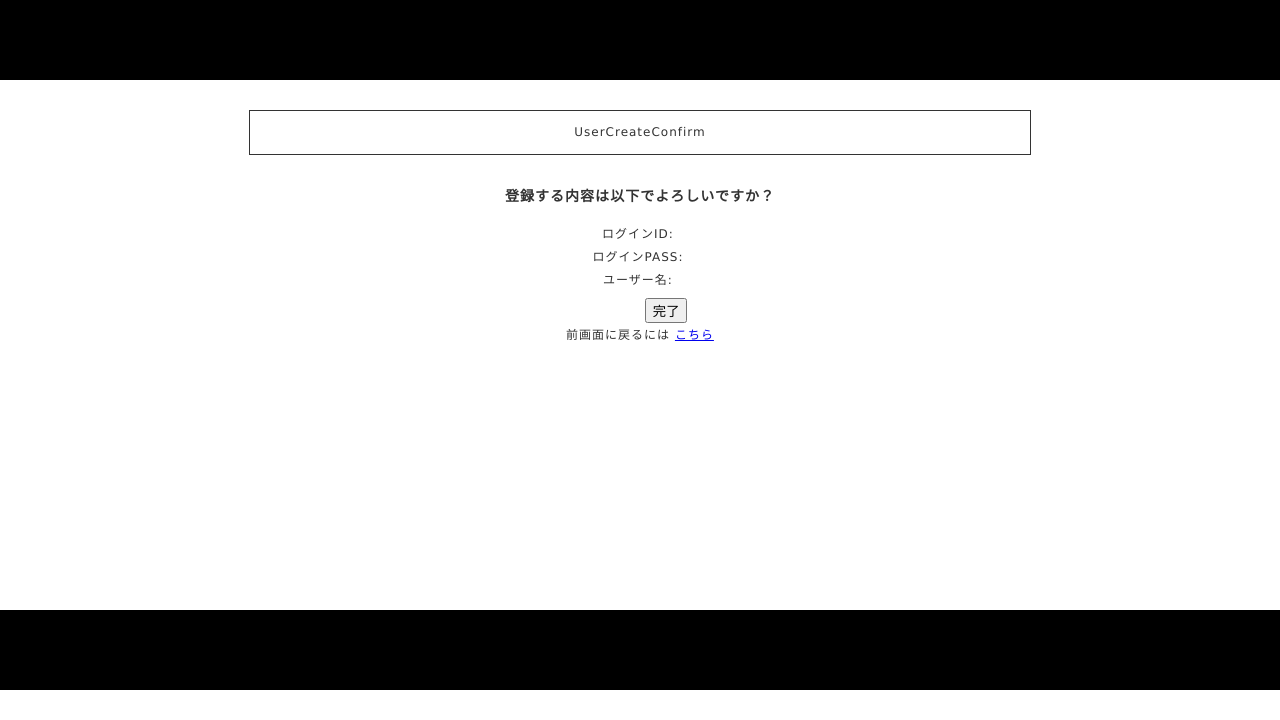
Repository: 1209mori05/test
Page: http://localhost/template/userCreateConfirm.jsp
These files come from the project's save history. The page is drawn as it stood at one moment and after the next save; the edit follows.
The browser window is 1280 px wide. The pictures show the whole page.
The page is served by Tomcat 9. Other server files are loaded and not shown.

Above is the page before, as saved 2018-03-27 07:09:34.

### template/WebContent/userCreateConfirm.jsp
<%@ page language="java" contentType="text/html; charset=UTF-8"

pageEncoding="UTF-8"%>

<%@ taglib prefix="s" uri="/struts-tags"%>
<!DOCTYPE html>
<html>
<head>

<meta http-equiv="Content-Type" content="text/html; charset=utf-8" />
<meta http-equiv="Content-Style-Type" content="text/css" />
<meta http-equiv="Content-Script-Type" content="text/javascript" />
<meta http-equiv="imagetoolbar" content="no" />
<meta name="description" content="" />
<meta name="keywords" content="" />
<title>ユーザー登録確認画面</title>
<style type="text/css">
	body {
		margin:0;
		padding:0;
		line-height:1.6;
		letter-spacing:1px;
		font-family:Verdana, Helvetica, sans-serif;
		font-size:12px;
		color:#333;
		background:#fff;
		}
	table {
		text-align:center;
		margin:0 auto;
		}
	#top {
		width:780px;
		margin:30px auto;
		border:1px solid #333;
		}
	#header {
		width: 100%;
		height: 80px;
		background-color: black;
		}
	#main {
		width: 100%;
		height: 500px;
		text-align: center;
		}
	#footer {
		width: 100%;
		height: 80px;
		background-color: black;
		clear:both;
		}
</style>
</head>
<body>
	<div id="header">
		<div id="pr"></div>
	</div>
	<div id="main">
		<div id="top">
			<p>UserCreateConfirm</p>
		</div>
		<div>
			<h3>登録する内容は以下でよろしいですか？</h3>
			<table>
				<s:form action="UserCreateCompleteAction">
					<tr id="box">
						<td><label>ログインID:</label></td>
						<td><s:property value="loginUserId" escape="false" /></td>
					</tr>
					<tr id="box">
						<td><label>ログインPASS:</label></td>
						<td><s:property value="loginPassword" escape="false" /></td>
					</tr id="box">
					<tr>
						<td><label>ユーザー名:</label></td>
						<td><s:property value="userName" escape="false" /></td>
					</tr>
					<tr>
						<td><s:submit value="完了" /></td>
					</tr>
				</s:form>
			</table>
			<div>
				<span>前画面に戻るには</span>
				<a href='<s:url action="HomeAction" />'>こちら</a>
			</div>
		</div>
	</div>
	<div id="footer">
		<div id="pr"></div>
	</div>
</body>
</html>

After the next save:
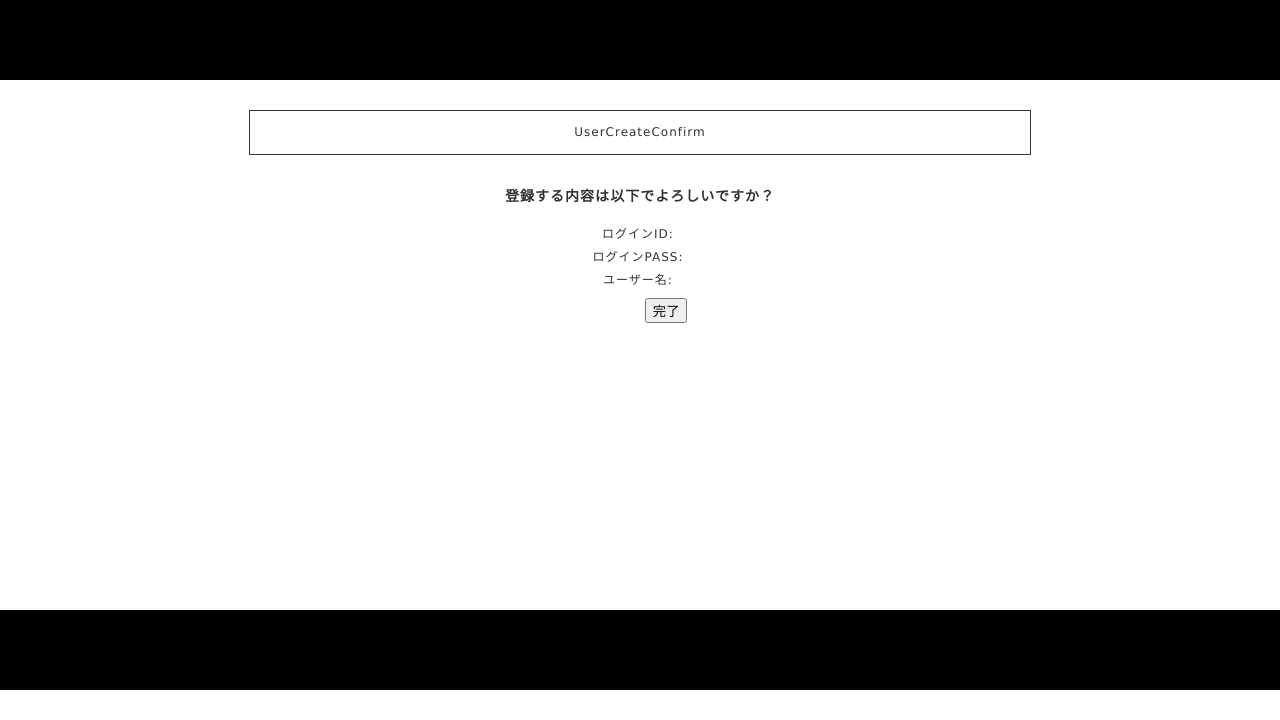
Saved 11 s later.
--- a/template/WebContent/userCreateConfirm.jsp
+++ b/template/WebContent/userCreateConfirm.jsp
@@ -81,10 +81,6 @@
 					</tr>
 				</s:form>
 			</table>
-			<div>
-				<span>前画面に戻るには</span>
-				<a href='<s:url action="HomeAction" />'>こちら</a>
-			</div>
 		</div>
 	</div>
 	<div id="footer">
